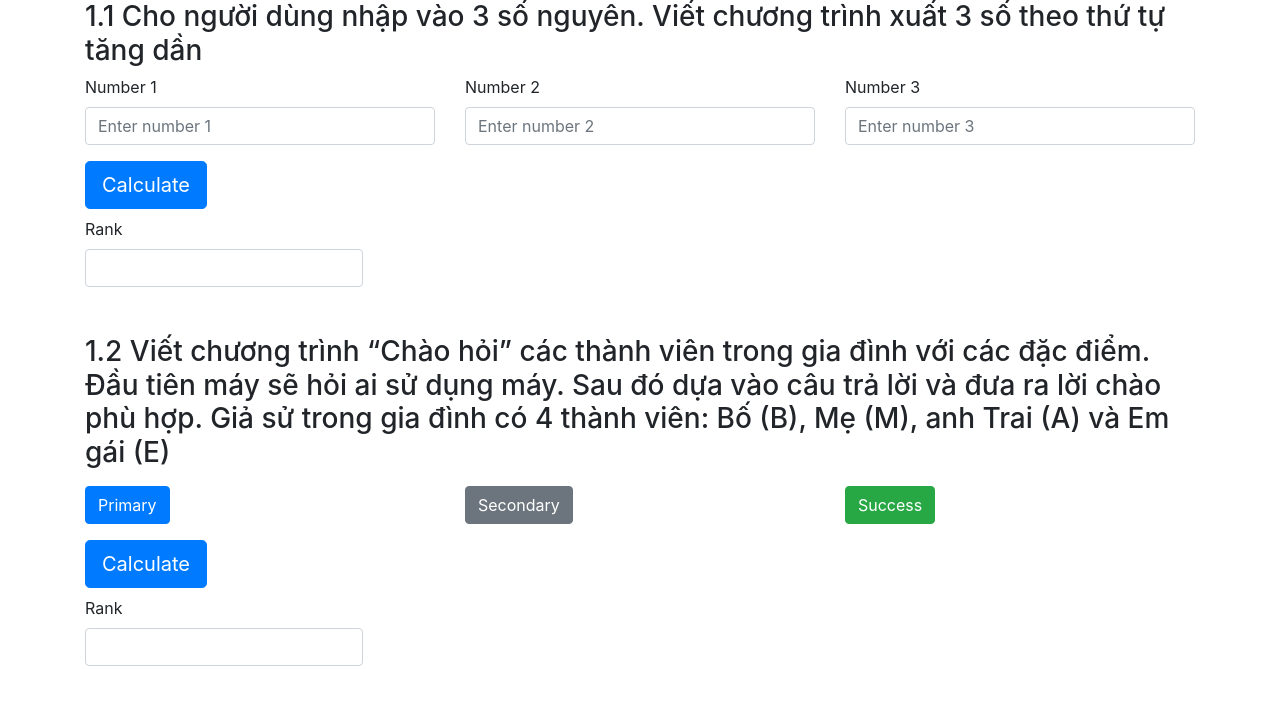
Repository: baobaodeveloper/bootscamp21__jsbasic__HuynhAnhBao
Page: index.html
The author's editor kept a copy of each file at every save. The page is drawn from the files as they stood at one save, then again after the next save.
The browser window is 1280 px wide. The pictures show the whole page.

Above is the page before, as saved 2022-03-09 23:53:17.

After the next save:
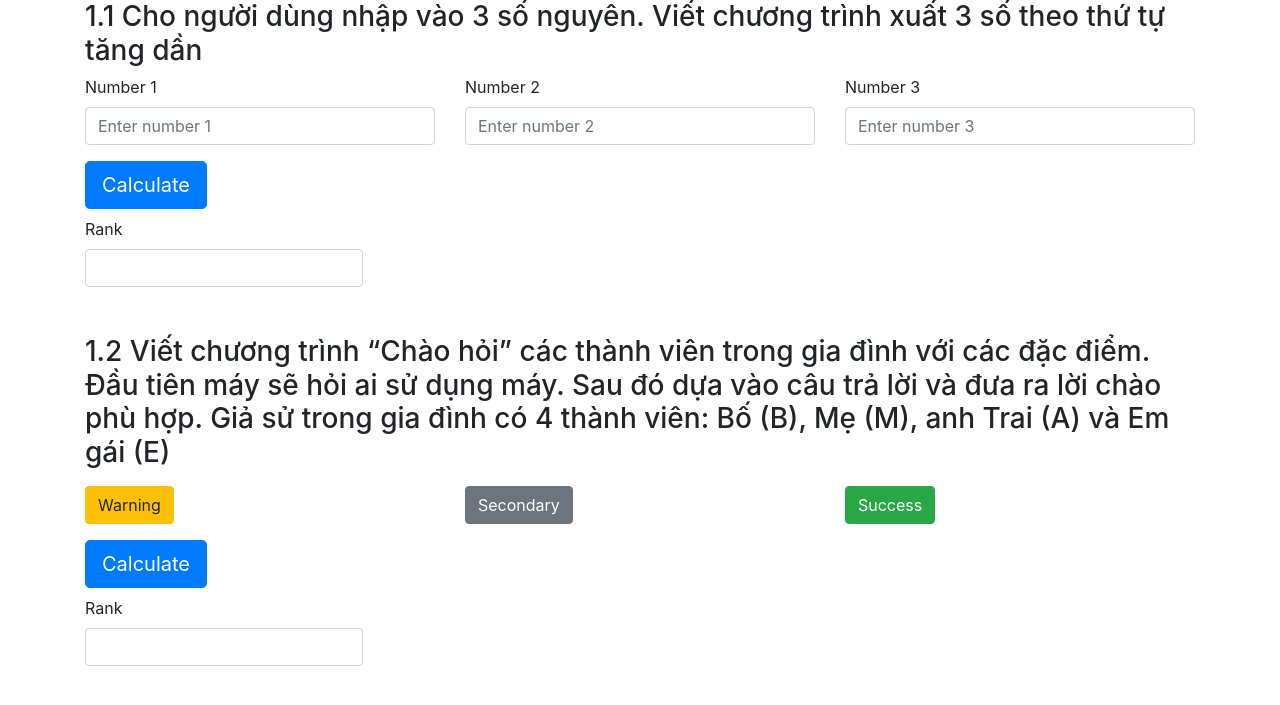
Saved 18 s later.
--- a/index.html
+++ b/index.html
@@ -75,7 +75,7 @@
 
       <div class="row">
         <div class="col">
-          <button type="button" class="btn btn-primary">Primary</button>
+          <button type="button" class="btn btn-warning">Warning</button>
         </div>
         <div class="col">
           <button type="button" class="btn btn-secondary">Secondary</button>
